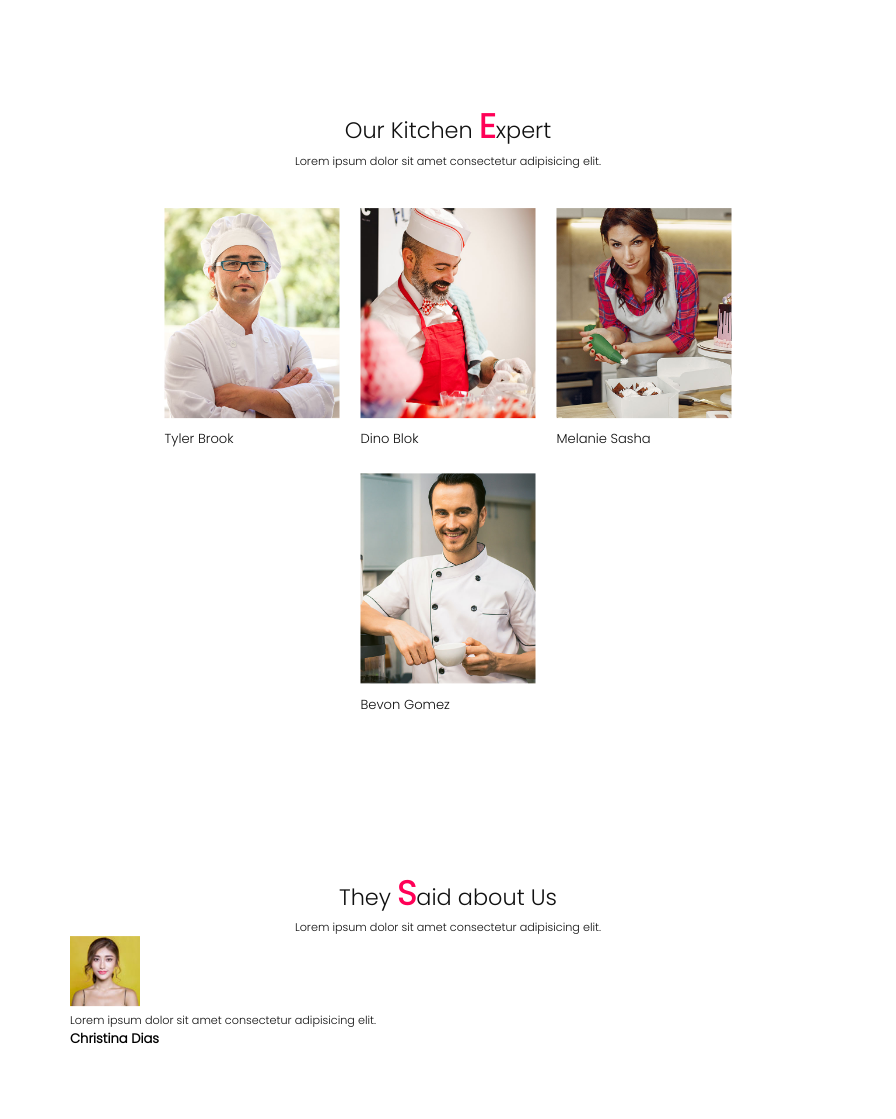
Repository: Adriandias1997/MobileFriendly_FoodWebsite
Page: index.html
The author's editor kept a copy of each file at every save. The page is drawn from the files as they stood at one save, then again after the next save.
The browser window is 1280 px wide. The pictures show the part of the page from y = 2886 to 4806 px (the page is 4484 px tall before and 4806 px after), at 70% of full size.

Above is the page before, as saved 2020-10-16 17:14:24.

### index.html
<!DOCTYPE html>
<html lang="en">

<head>
    <meta charset="UTF-8">
    <meta name="viewport" content="width=device-width, initial-scale=1.0">
    <title>Food</title>
    <link rel="stylesheet" href="style.css">
</head>

<body>
    <header>
        <a href="#" class="logo">Food <span>Corner</span></a>
        <ul class="navigation">
            <li><a href="#banner">Home</a></li>
            <li><a href="#about">About Us</a></li>
            <li><a href="#menu">Menu</a></li>
            <li><a href="#expert">Expert</a></li>
            <li><a href="#testimonials">Testimonials</a></li>
            <li><a href="#contact">Contact</a></li>
        </ul>

    </header>
    <section class="banner" id="banner">
        <div class="content">
            <h2>Always choose Good</h2>
            <p>Lorem ipsum dolor sit amet consectetur adipisicing elit. Ipsam delectus nisi hic deserunt at, ex harum sit. Quos quaerat ut expedita velit. Commodi accusamus non debitis error sint at perspiciatis.</p>

            <a href="#" class="btn">Our Menu</a>
        </div>
    </section>

    <section class="about" id="about">
        <div class="row">
            <div class="col50">
                <h2 class="titleText"><span>A</span>bout Us</h2>
                <p>Lorem ipsum dolor sit amet consectetur adipisicing elit. Dolorum vero quam, at fuga facilis maiores consequatur! Quibusdam possimus debitis sed alias, provident fuga voluptatem, tempora eligendi aliquid quaerat laudantium repellat. Lorem
                    ipsum dolor sit amet consectetur adipisicing elit. Dolorum vero quam, at fuga facilis maiores consequatur! Quibusdam possimus debitis sed alias, provident fuga voluptatem, tempora eligendi aliquid quaerat laudantium repellat. Lorem
                    ipsum dolor sit amet consectetur adipisicing elit. Dolorum vero quam, at fuga facilis maiores consequatur! Quibusdam possimus debitis sed alias, provident fuga voluptatem, tempora eligendi aliquid quaerat laudantium repellat.
                </p>
            </div>
            <div class="col50">
                <div class="imgBx">
                    <img src="./Images/img1.jpg" alt="">
                </div>
            </div>
        </div>
    </section>

    <section class="menu" id="menu">
        <div class="title">
            <h2 class="titleText">Our <span>M</span>enu</h2>
            <p>Lorem ipsum dolor sit amet consectetur adipisicing elit.
            </p>
        </div>
        <div class="content">
            <div class="box">
                <div class="imgBx">
                    <img src="Images/menu1.jpg" alt="">
                </div>
                <div class="text">
                    <h3>Special Salads</h3>
                </div>
            </div>
            <div class="box">
                <div class="imgBx">
                    <img src="Images/menu2.jpg" alt="">
                </div>
                <div class="text">
                    <h3>Special Soups</h3>
                </div>
            </div>
            <div class="box">
                <div class="imgBx">
                    <img src="Images/menu3.jpg" alt="">
                </div>
                <div class="text">
                    <h3>Special Pasta</h3>
                </div>
            </div>
            <div class="box">
                <div class="imgBx">
                    <img src="Images/menu4.jpg" alt="">
                </div>
                <div class="text">
                    <h3>Special Salads</h3>
                </div>
            </div>
            <div class="box">
                <div class="imgBx">
                    <img src="Images/menu5.jpg" alt="">
                </div>
                <div class="text">
                    <h3>Special Soups</h3>
                </div>
            </div>
            <div class="box">
                <div class="imgBx">
                    <img src="Images/menu6.jpg" alt="">
                </div>
                <div class="text">
                    <h3>Special Salads</h3>
                </div>
            </div>
        </div>
        <div class="title">
            <a href="#" class="btn">
                View All
            </a>
        </div>
    </section>
    <section class="expert" id="expert">
        <div class="title">
            <h2 class="titleText">Our Kitchen <span>E</span>xpert</h2>
            <p>Lorem ipsum dolor sit amet consectetur adipisicing elit.
            </p>
        </div>
        <div class="content">
            <div class="box">
                <div class="imgBx">
                    <img src="Images/expert1.jpg" alt="">
                </div>
                <div class="text">
                    <h3>Tyler Brook</h3>
                </div>
            </div>
            <div class="box">
                <div class="imgBx">
                    <img src="Images/expert2.jpg" alt="">
                </div>
                <div class="text">
                    <h3>Dino Blok</h3>
                </div>
            </div>
            <div class="box">
                <div class="imgBx">
                    <img src="Images/expert3.jpg" alt="">
                </div>
                <div class="text">
                    <h3>Melanie Sasha</h3>
                </div>
            </div>
            <div class="box">
                <div class="imgBx">
                    <img src="Images/expert4.jpg" alt="">
                </div>
                <div class="text">
                    <h3>Bevon Gomez</h3>
                </div>
            </div>
        </div>
    </section>

    <section class="testimonials" id="testimonials">
        <div class="title white">
            <h2 class="titleText">They <span>S</span>aid about Us</h2>
            <p>Lorem ipsum dolor sit amet consectetur adipisicing elit.
            </p>
        </div>
        <div class="content">
            <div class="box">

                <div class="imgBx">
                    <img src="Images/testi1.jpg" alt="">
                </div>
                <div class="text">
                    <p>Lorem ipsum dolor sit amet consectetur adipisicing elit.
                    </p>
                    <h3>Christina Dias</h3>
                </div>
            </div>
        </div>
    </section>
    <script src="index.js"></script>
</body>

</html>

### style.css
        @import url("https://fonts.googleapis.com/css2?family=Poppins:wght@300&display=swap");
        * {
            margin: 0;
            padding: 0;
            box-sizing: border-box;
            font-family: "Poppins", sans-serif;
            scroll-behavior: smooth;
        }

        p {
            font-weight: 300;
            color: #111;
        }
        /* body {
    min-height: 1000px;
} */

        .banner {
            position: relative;
            width: 100%;
            min-height: 100vh;
            display: flex;
            justify-content: center;
            align-items: center;
            background: url(./Images/bg.jpg);
            background-size: cover;
        }

        .banner .content {
            max-width: 900px;
            text-align: center;
        }

        .banner .content h2 {
            font-size: 5em;
            color: #fff;
        }

        .banner .content p {
            font-size: 1em;
            color: #fff;
        }

        .btn {
            font-size: 1em;
            color: #fff;
            background: #ff0157;
            display: inline-block;
            padding: 10px 30px;
            text-transform: uppercase;
            text-decoration: none;
            letter-spacing: 2px;
            transition: 0.5s;
        }

        .btn:hover {
            background-color: #fff;
            color: #ff0157;
            letter-spacing: 6px;
        }

        header {
            position: fixed;
            top: 0;
            left: 0;
            width: 100%;
            padding: 40px 100px;
            z-index: 10000;
            display: flex;
            justify-content: space-between;
            align-items: center;
            transition: 0.5s;
        }

        header.sticky {
            background: #fff;
            padding: 10px 100px;
            box-shadow: 0 5px 20px rgba(0, 0, 0, 0.05);
        }

        header .logo {
            color: #fff;
            font-weight: 700;
            text-decoration: none;
            font-size: 2em;
        }

        header.sticky .logo {
            color: #111;
        }

        header .logo span {
            color: #ff0157;
        }

        header .navigation {
            position: relative;
            display: flex;
        }

        header .navigation li {
            list-style: none;
            margin-left: 30px;
        }

        header .navigation li a {
            text-decoration: none;
            color: #fff;
            font-weight: 300;
        }

        header.sticky .navigation li a {
            color: #111;
            font-weight: 300;
        }

        header .navigation li a:hover {
            color: #ff0157;
        }

        section {
            padding: 100px;
        }

        .row {
            position: relative;
            width: 100%;
            display: flex;
            justify-content: space-between;
        }

        .row .col50 {
            position: relative;
            width: 48%;
        }

        .titleText {
            color: #111;
            font-size: 2em;
            font-weight: 400;
        }

        .titleText span {
            color: #ff0157;
            font-size: 1.5em;
            font-weight: 700;
        }

        .row .col50 .imgBx {
            position: relative;
            width: 100%;
            height: 100%;
            /* min-height: 300px; */
        }

        .row .col50 .imgBx img {
            position: relative;
            top: 0;
            left: 0;
            width: 100%;
            height: 100%;
            object-fit: cover;
        }

        .title {
            width: 100%;
            display: flex;
            justify-content: center;
            align-items: center;
            flex-direction: column;
        }

        .menu .content {
            display: flex;
            justify-content: center;
            flex-direction: row-reverse;
            flex-wrap: wrap;
            margin-top: 40px;
        }

        .menu .content .box {
            width: 340px;
            margin: 20px;
            border: 15px solid #fff;
            box-shadow: 0 5px 20px rgba(0, 0, 0, 0.08);
        }

        .menu .content .box .imgBx {
            position: relative;
            width: 100%;
            height: 300px;
        }

        .menu .content .box .imgBx img {
            position: absolute;
            top: 0;
            left: 0;
            width: 100%;
            height: 100%;
            object-fit: cover;
        }

        .menu .content .box .text {
            padding: 15px 0 5px;
        }

        .menu .content .box .text h3 {
            font-weight: 400;
            color: #111;
        }

        .expert .content {
            display: flex;
            justify-content: center;
            align-items: center;
            flex-wrap: wrap;
            flex-direction: row;
            margin-top: 40px;
        }

        .expert .content .box {
            width: 250px;
            margin: 15px;
        }

        .expert .content .box .imgBx {
            position: relative;
            width: 100%;
            height: 300px;
        }

        .expert .content .box .imgBx img {
            position: absolute;
            top: 0;
            left: 0;
            width: 100%;
            height: 100%;
            object-fit: cover;
        }

        .expert .content .box .text {
            padding: 15px 0 5px;
        }

        .expert .content .box .text h3 {
            font-weight: 400;
            color: #111;
        }

### index.js
window.addEventListener('scroll', function() {
    const header = document.querySelector('header');
    header.classList.toggle('sticky', window.scrollY > 0);
});

After the next save:
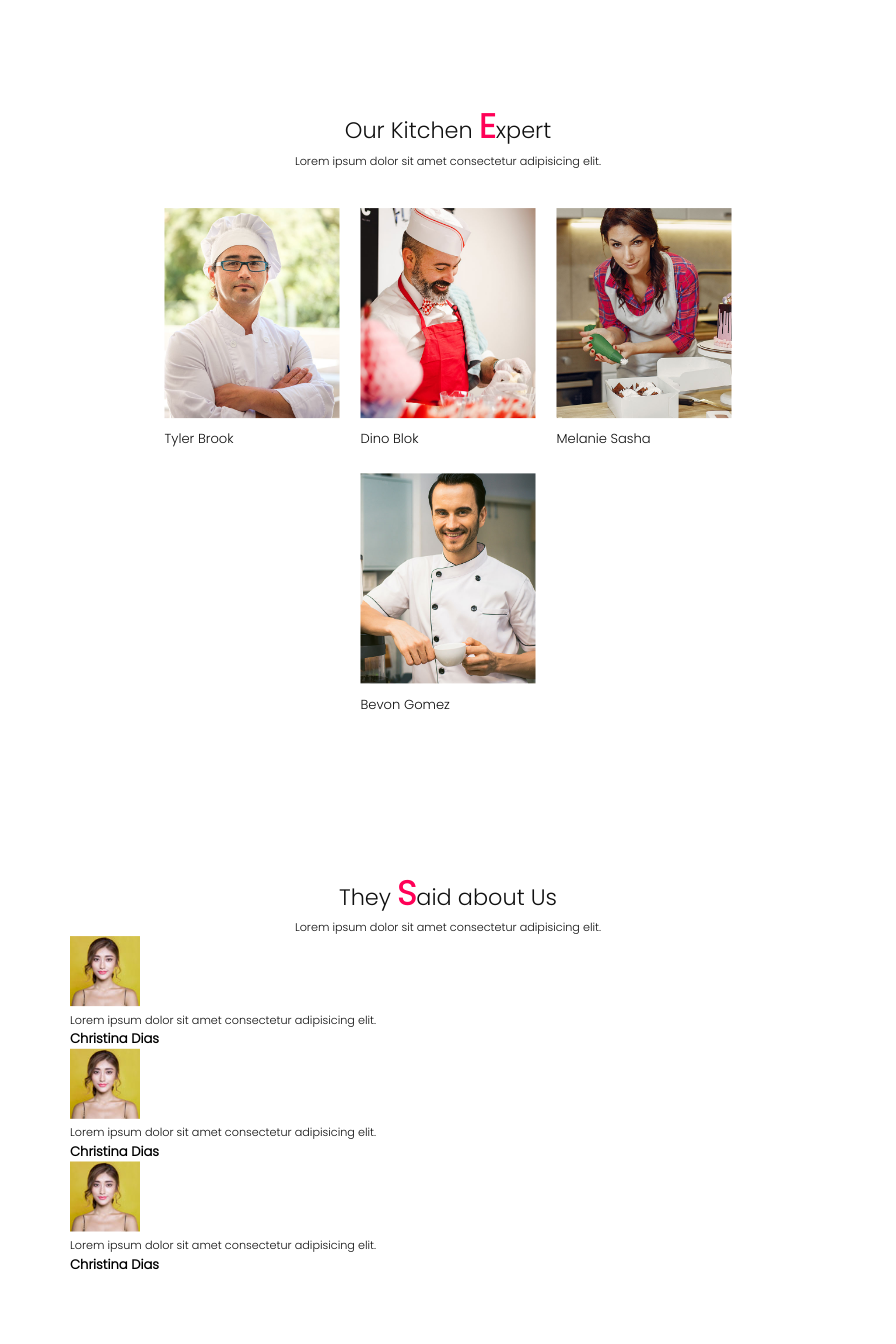
Saved 21 s later.
--- a/index.html
+++ b/index.html
@@ -169,6 +169,28 @@
                     <h3>Christina Dias</h3>
                 </div>
             </div>
+            <div class="box">
+
+                <div class="imgBx">
+                    <img src="Images/testi1.jpg" alt="">
+                </div>
+                <div class="text">
+                    <p>Lorem ipsum dolor sit amet consectetur adipisicing elit.
+                    </p>
+                    <h3>Christina Dias</h3>
+                </div>
+            </div>
+            <div class="box">
+
+                <div class="imgBx">
+                    <img src="Images/testi1.jpg" alt="">
+                </div>
+                <div class="text">
+                    <p>Lorem ipsum dolor sit amet consectetur adipisicing elit.
+                    </p>
+                    <h3>Christina Dias</h3>
+                </div>
+            </div>
         </div>
     </section>
     <script src="index.js"></script>
